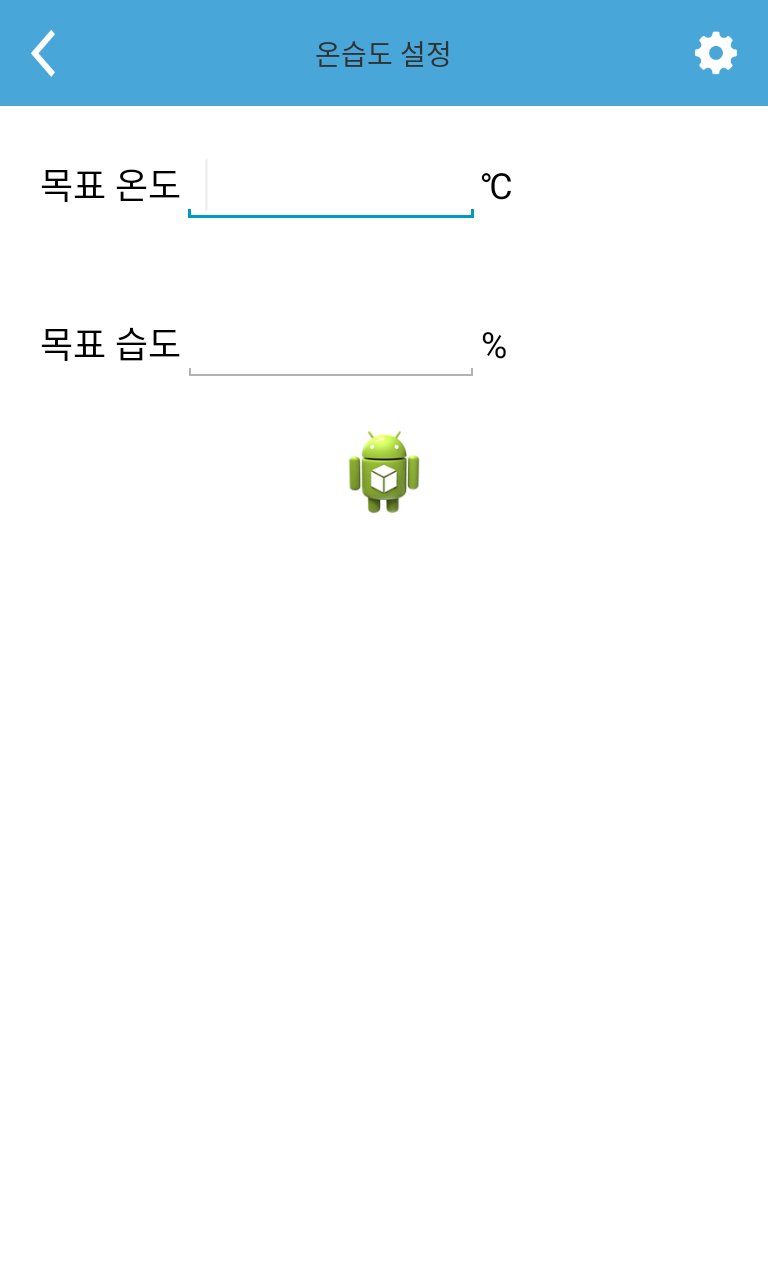
Repository: YeoeunJeong/SinNaYeo
Layout: sny_android/SinNaYeoAndroid/res/layout/activity_setting.xml
An editor plug-in stored every save of this project. The layout is shown before and after the next save, followed by the edit.
It is drawn on a 768 x 1280 px phone screen (xhdpi) without system bars, with theme android:Theme.Holo.Light.NoActionBar; the app's code is not run.

Above is the layout before, as saved 2015-09-24 20:05:12.

After the next save:
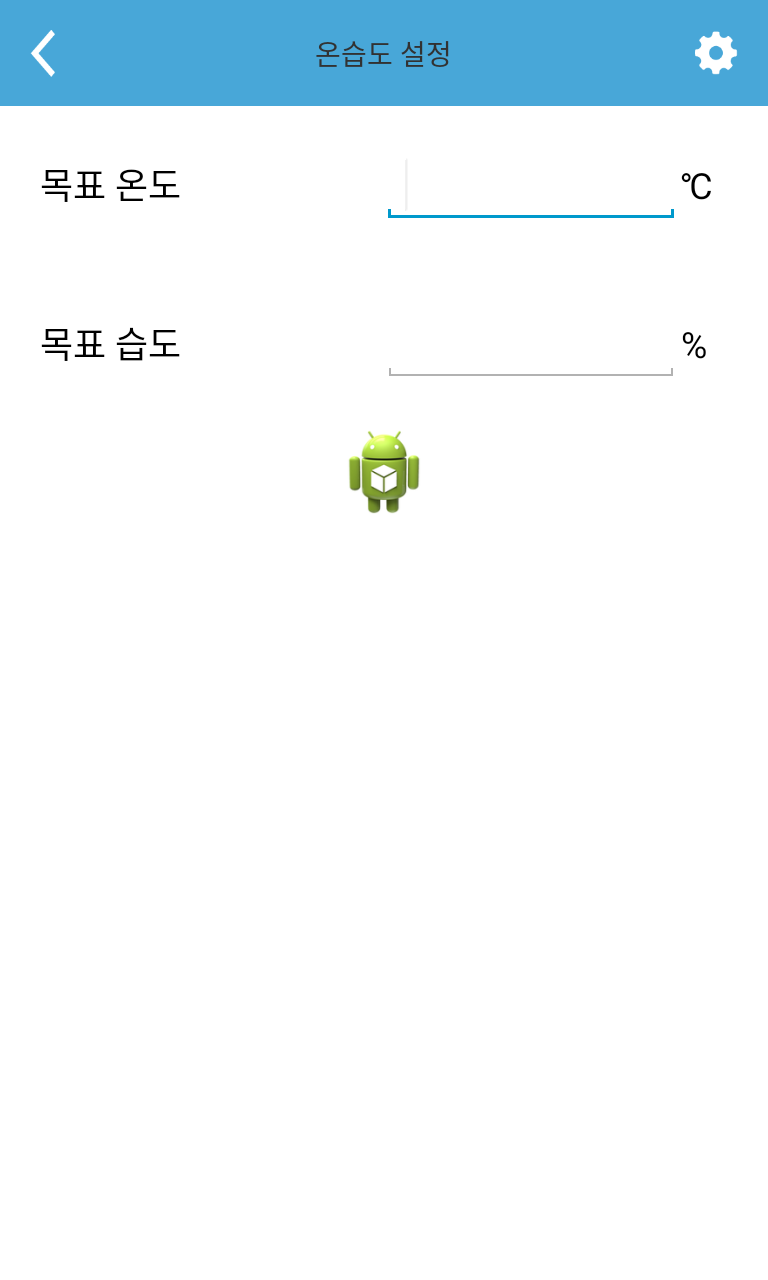
Saved 43 s later.
--- a/sny_android/SinNaYeoAndroid/res/layout/activity_setting.xml
+++ b/sny_android/SinNaYeoAndroid/res/layout/activity_setting.xml
@@ -54,6 +54,7 @@
             <TextView
                 android:layout_width="wrap_content"
                 android:layout_height="wrap_content"
+                android:layout_marginRight="100dp"
                 android:text="목표 온도"
                 android:textAppearance="?android:attr/textAppearanceMedium" />
 
@@ -84,6 +85,7 @@
             <TextView
                 android:layout_width="wrap_content"
                 android:layout_height="wrap_content"
+                android:layout_marginRight="100dp"
                 android:text="목표 습도"
                 android:textAppearance="?android:attr/textAppearanceMedium" />
 
